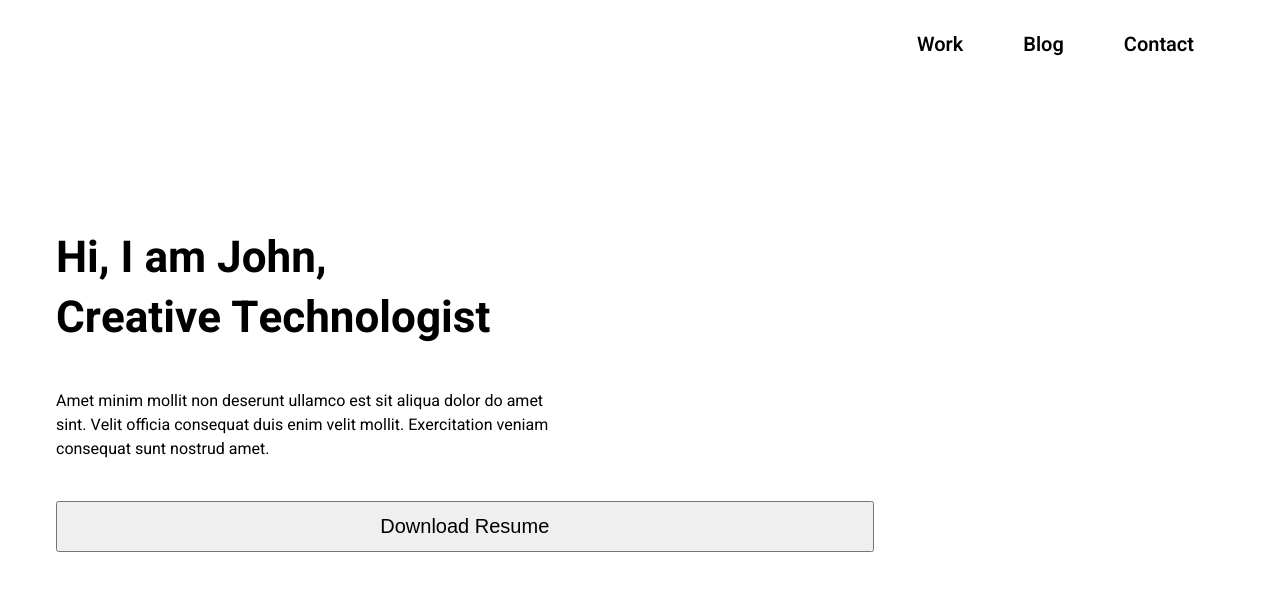
Repository: sharma171/portfolio
Page: /
The author's editor kept a copy of each file at every save. The page is drawn from the files as they stood at one save, then again after the next save.
The browser window is 1280 px wide. The pictures show the whole page.
The project was rebuilt for these pictures with package versions that can differ from the ones it lists, and the page was loaded fresh each time. The framework's server and built-in components were replaced by stand-ins that run in the browser. Also part of the build but not shown: next.config.mjs.

Above is the page before, as saved 2024-06-01 00:12:30.

After the next save:
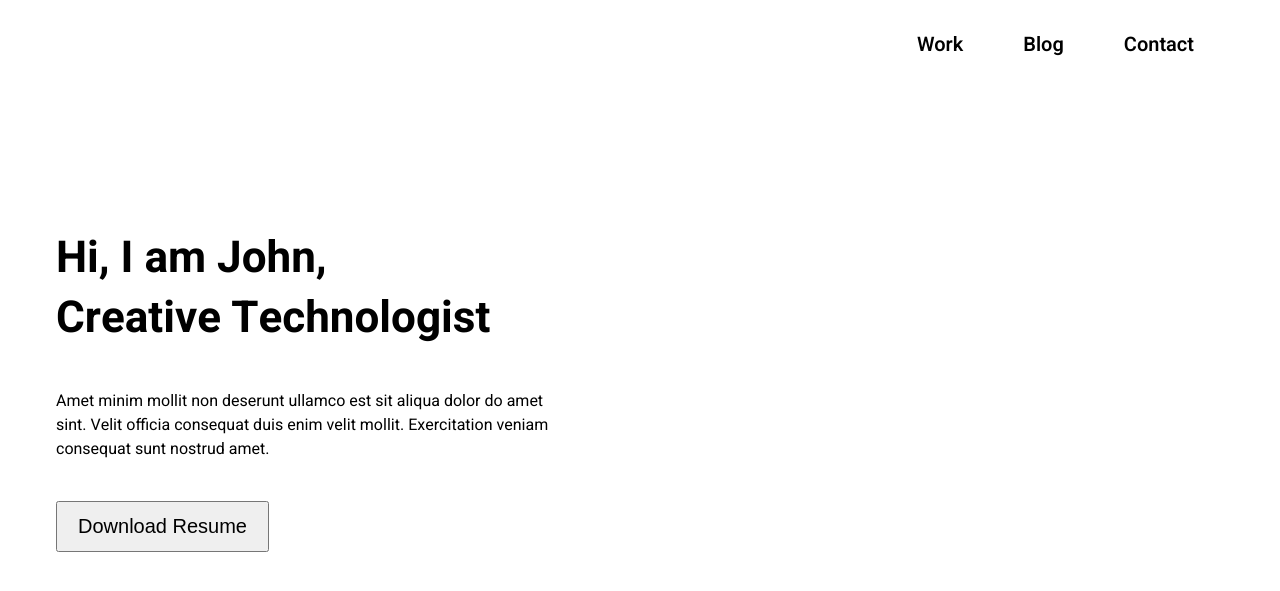
Saved 12 s later.
--- a/src/app/page.css
+++ b/src/app/page.css
@@ -28,6 +28,7 @@
   padding: 14px 20px;
   font-size: 1.25rem;
   line-height: 19px;
+  margin-right: auto;
 }
 .hero .hero-rhs {
   width: 30%;
